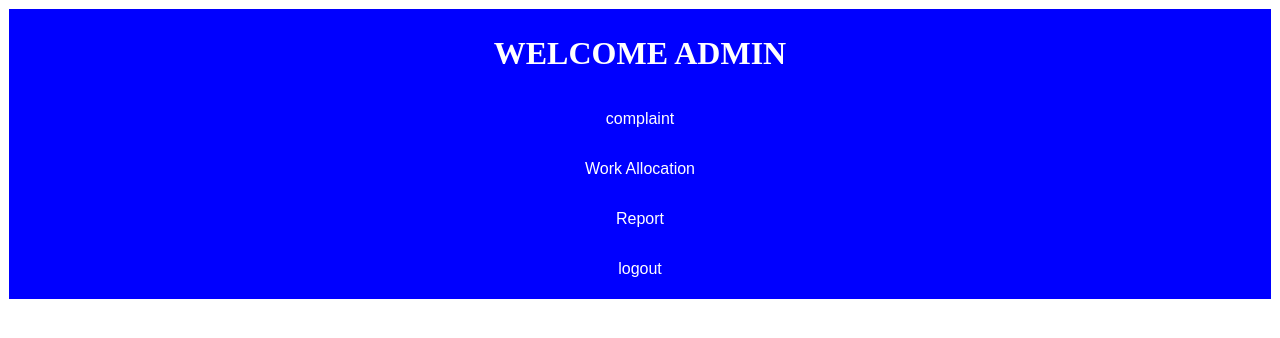
Repository: Jobinte/KSEB-PROJECT
Page: KSEB-complaint-management/WebContent/admin.html
These files come from the project's save history. The page is drawn as it stood at one moment and after the next save; the edit follows.
The browser window is 1280 px wide. The pictures show the whole page.

Above is the page before, as saved 2023-11-21 10:15:24.

After the next save:
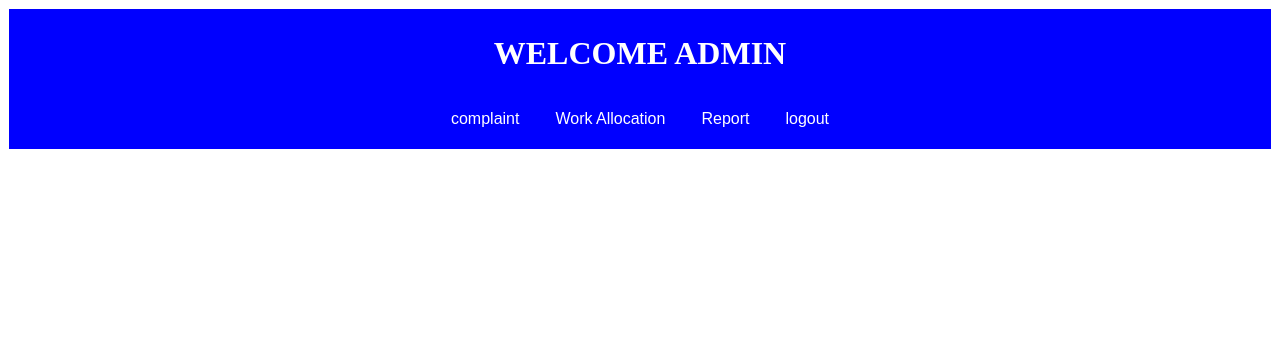
Saved 28 s later.
--- a/KSEB-complaint-management/WebContent/css/admin.css
+++ b/KSEB-complaint-management/WebContent/css/admin.css
@@ -19,7 +19,7 @@
 .dropdown {
 	position: relative;
 	display: inline-block;
-	width: 100%;
+
 }
 
 
